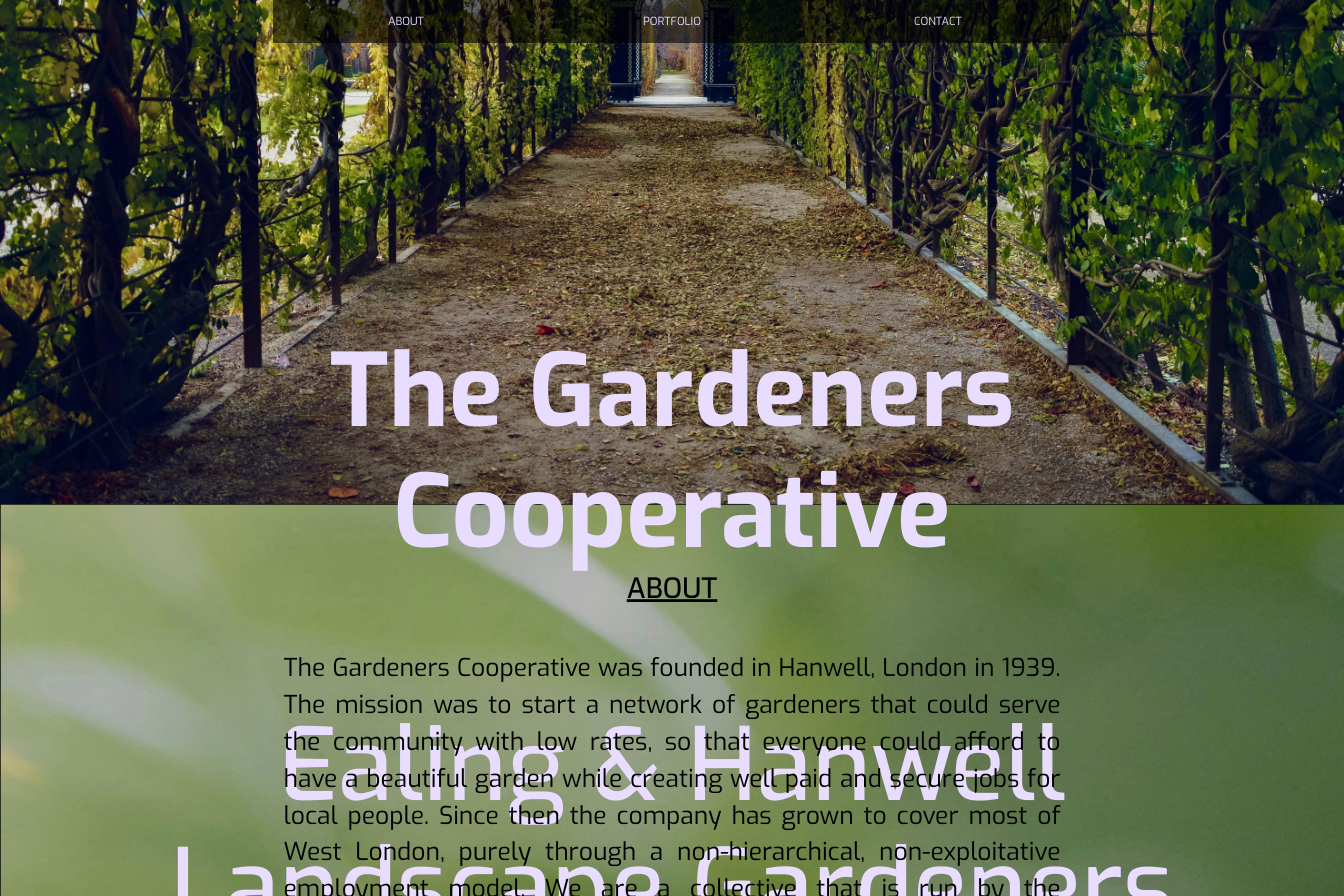
Repository: harrypars0ns/milestone-project
Page: index.html
The author's editor kept a record of every edit. The page is drawn from the files as they stood at one moment, then again after the next edit.
The browser window is 1920 px wide. The pictures show the part of the page from y = 0 to 1280 px (the page is 3371 px tall), at 70% of full size.
Backgrounds fixed to the window are drawn as part of the page.

Above is the page before.

After the next edit:
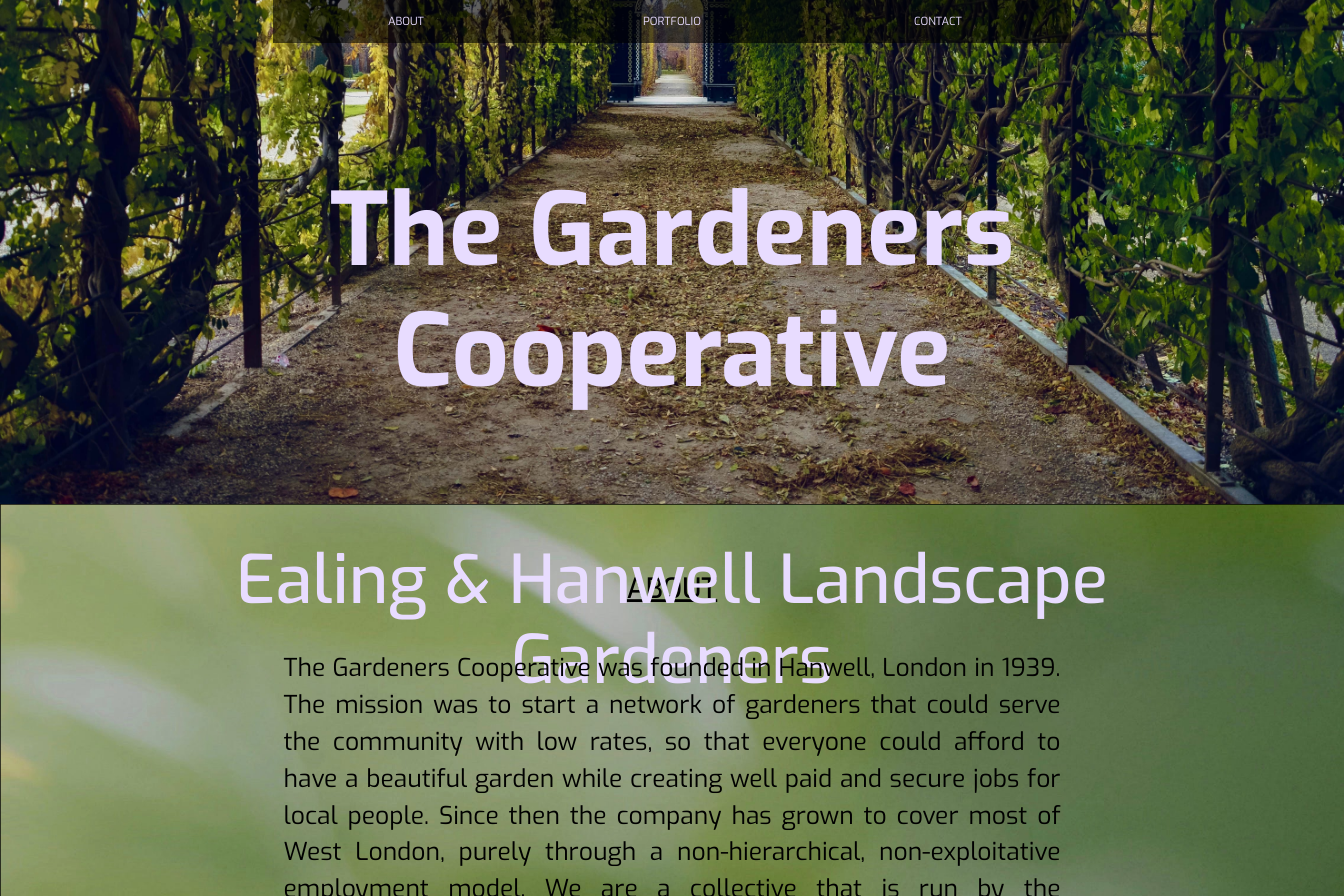
The edit:
--- a/assets/css/style.css
+++ b/assets/css/style.css
@@ -383,8 +383,8 @@
      .shift {
         font-size: 3em;
     }
-    .shift, h4 {
-        font-size: 3em;
+    .shift h4 {
+        font-size: 2em;
         margin-top: 12%;
     }
 
